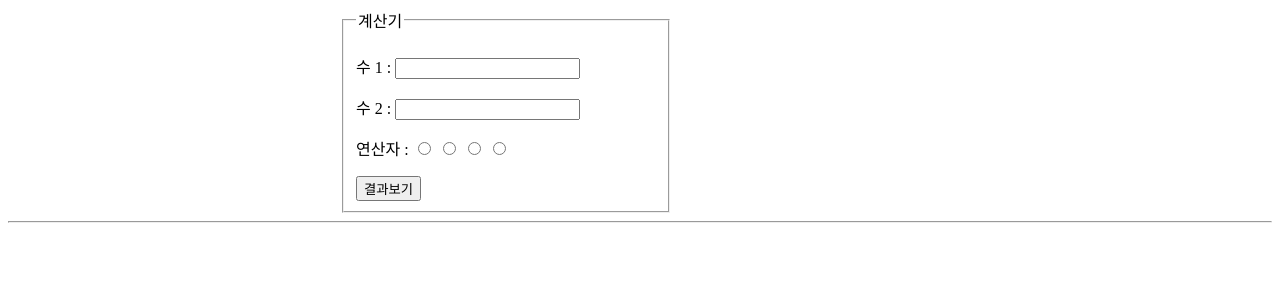
Repository: wjsjsn/23_jspstudy
Page: 01_servlet/src/main/webapp/view/ex07.html
An editor plug-in stored every save of this project. The page is shown before and after the next save, followed by the edit.
The browser window is 1280 px wide. The pictures show the whole page.

Above is the page before, as saved 2023-06-30 04:18:51.

### 01_servlet/src/main/webapp/view/ex07.html
<!DOCTYPE html>
<html>
<head>
<meta charset="UTF-8">
<title>Insert title here</title>
<style type="text/css">
	fieldset {
		width: 300px;
	}

	#mydiv {
		width: 600px;
		margin: auto;
	}

	label {
		width: 80px;
		height: 30px;
	}
</style>
</head>
<body>
	<div id="mydiv">
	<form action="01_servlet/Ex07" method="get">
	<fieldset>
	<legend>계산기</legend>
		<p><label for="su1">수 1 : </label>
		<input type="number" name="su1" id="su1" required></p>
		<p><label for="su2">수 2 : </label>
		<input type="number" name="su2" id="su2" required></p>
		<p>
        <label>연산자 : </label>
		<input type="radio" name="op" value="+">
		<input type="radio" name="op" value="-">
		<input type="radio" name="op" value="*">
		<input type="radio" name="op" value="/">
		</p>
		<input type="submit" value="결과보기">
		</fieldset>
		</form>
		</div>
		<hr>

</body>
</html>

After the next save:
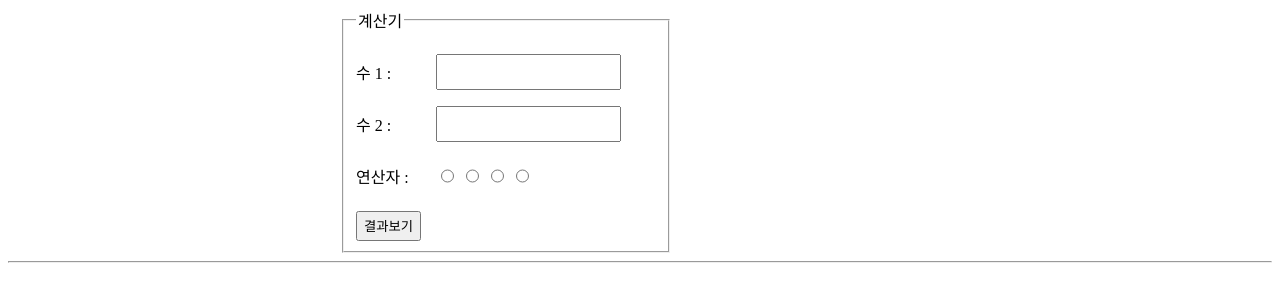
Saved 45 s later.
--- a/01_servlet/src/main/webapp/view/ex07.html
+++ b/01_servlet/src/main/webapp/view/ex07.html
@@ -16,7 +16,13 @@
 	label {
 		width: 80px;
 		height: 30px;
+		float: left;
+		line-height: 40px;
 	}
+
+	input {
+	height: 30px;
+}
 </style>
 </head>
 <body>
